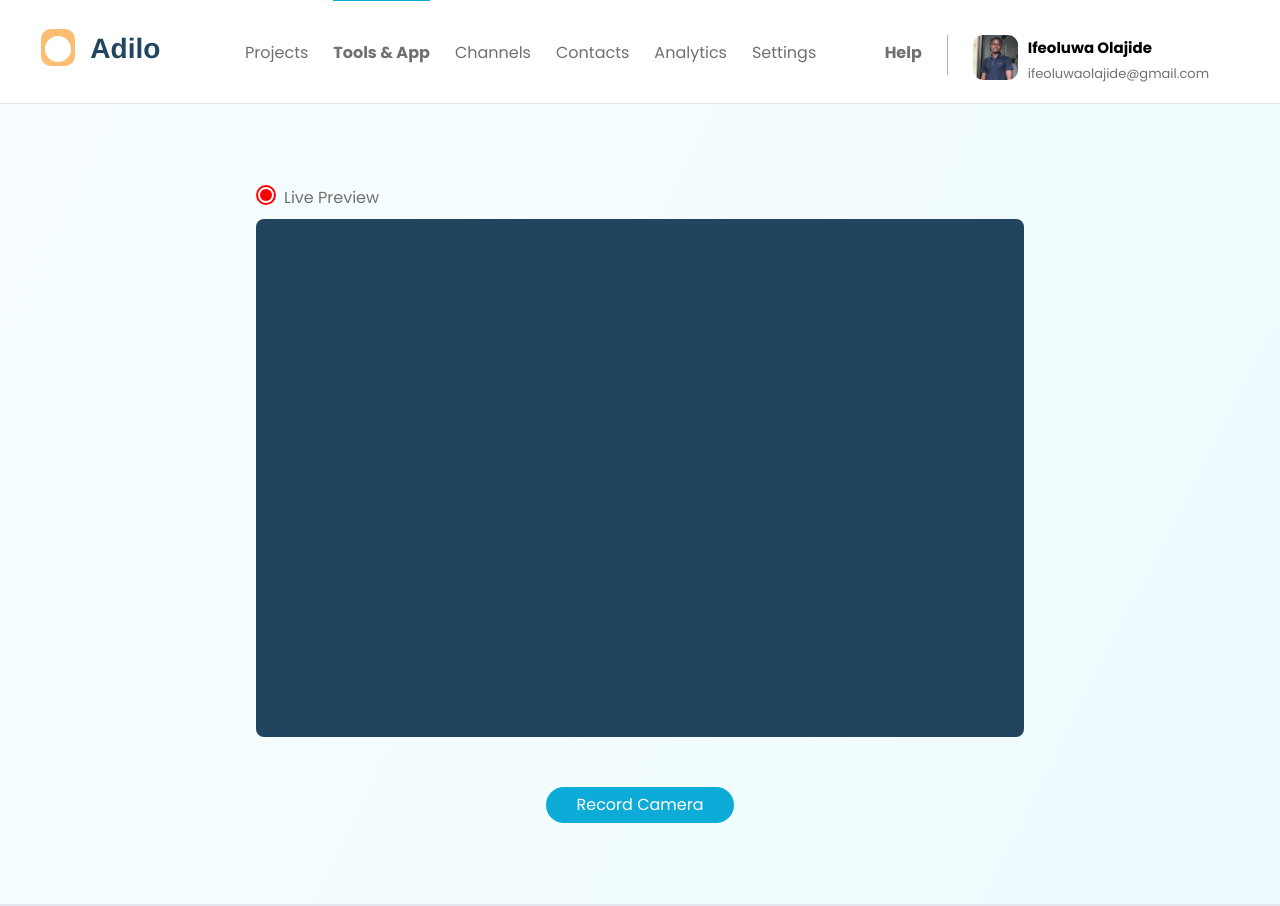
Repository: olhighjay/video_recorder
Page: /
An editor plug-in stored every save of this project. The page is shown before and after the next save, followed by the edit.
The browser window is 1280 px wide. The pictures show the whole page.
Some web libraries are served in a nearby version. The project was rebuilt for these pictures with package versions that can differ from the ones it lists, and the page was loaded fresh each time. Also part of the build but not shown: vue.config.js, src/components/DataTable.vue, src/components/EmptyRecorded.vue, src/components/DefLoader.vue.

Above is the page before, as saved 2022-07-29 20:32:07.

### public/index.html
<!DOCTYPE html>
<html lang="">
  <head>
    <meta charset="utf-8">
    <meta http-equiv="X-UA-Compatible" content="IE=edge">
    <meta name="viewport" content="width=device-width,initial-scale=1.0">
    <link rel="icon" href="<%= BASE_URL %>favicon.ico">
    <title><%= htmlWebpackPlugin.options.title %></title>
    <link rel="stylesheet" href="https://cdn.jsdelivr.net/npm/bootstrap@4.0.0/dist/css/bootstrap.min.css" integrity="sha384-Gn5384xqQ1aoWXA+058RXPxPg6fy4IWvTNh0E263XmFcJlSAwiGgFAW/dAiS6JXm" crossorigin="anonymous">
    <link rel="stylesheet" href="https://cdnjs.cloudflare.com/ajax/libs/font-awesome/6.1.2/css/all.min.css" integrity="sha512-1sCRPdkRXhBV2PBLUdRb4tMg1w2YPf37qatUFeS7zlBy7jJI8Lf4VHwWfZZfpXtYSLy85pkm9GaYVYMfw5BC1A==" crossorigin="anonymous" referrerpolicy="no-referrer" />
  </head>
  <body>
    <noscript>
      <strong>We're sorry but <%= htmlWebpackPlugin.options.title %> doesn't work properly without JavaScript enabled. Please enable it to continue.</strong>
    </noscript>
    <div id="app"></div>
    <!-- built files will be auto injected -->

    <script src="https://cdnjs.cloudflare.com/ajax/libs/font-awesome/6.1.2/js/all.min.js" integrity="sha512-8pHNiqTlsrRjVD4A/3va++W1sMbUHwWxxRPWNyVlql3T+Hgfd81Qc6FC5WMXDC+tSauxxzp1tgiAvSKFu1qIlA==" crossorigin="anonymous" referrerpolicy="no-referrer"></script>
    <script src="https://code.jquery.com/jquery-3.2.1.slim.min.js" integrity="sha384-KJ3o2DKtIkvYIK3UENzmM7KCkRr/rE9/Qpg6aAZGJwFDMVNA/GpGFF93hXpG5KkN" crossorigin="anonymous"></script>
    <script src="https://cdn.jsdelivr.net/npm/popper.js@1.12.9/dist/umd/popper.min.js" integrity="sha384-ApNbgh9B+Y1QKtv3Rn7W3mgPxhU9K/ScQsAP7hUibX39j7fakFPskvXusvfa0b4Q" crossorigin="anonymous"></script>
    <script src="https://cdn.jsdelivr.net/npm/bootstrap@4.0.0/dist/js/bootstrap.min.js" integrity="sha384-JZR6Spejh4U02d8jOt6vLEHfe/JQGiRRSQQxSfFWpi1MquVdAyjUar5+76PVCmYl" crossorigin="anonymous"></script>
  </body>
</html>

### src/App.vue
<template>
  <div>
    <navbar></navbar>
    <div id="main-flex">
      <div v-if="false" class="my-sidebar">
        <ul class="my-sidebar-items">
            <li class="sidebar-item-active"> <img src="./assets/video-player.png" alt=""> &nbsp; My Recordings</li>
            <li> <i class="fa fa-share-alt" style="color:#102346"></i> &nbsp; Requested</li>
        </ul>
      </div>
      <div v-if="false" class="my-main">
        <div class="my-main-container">
          <div><small class="breadcrumbs">Snapbyte <i class="fa fa-angle-right" style="font-weight:200"></i> My Recordings</small></div>
          <div class="subheading-tab">
            <div> <span class="my-recordings">My Recordings </span><span class="my-recordings-count">25</span> </div>
            <div>
              <button class="sub-heading-btn white-btn">
                <i class="fa fa-long-arrow-down" aria-hidden="true"></i>
                <i class="fa fa-long-arrow-up" aria-hidden="true"></i>
                By Date
              </button>
              <button class="sub-heading-btn white-btn">
                <i class="fa-solid fa-filter"></i>
                Add Filter
              </button>
              <button class="sub-heading-btn blue-btn">
                <i class="fa fa-video"></i>
                New Request
              </button>
              <button class="sub-heading-btn red-btn">
                <span class="rec">REC</span>
                Start Recording
              </button>
            </div>
          </div>

          <empty-recorded></empty-recorded>

          <data-table v-if="true"></data-table>
          <!-- Button trigger modal -->
<button type="button" class="btn btn-primary" data-toggle="modal" data-target="#recordOptions">
Launch demo modal
</button>

<!-- Modal -->
<div class="modal fade" id="recordOptions" tabindex="-1" role="dialog" aria-labelledby="recordOptions" aria-hidden="true">
<div class="modal-dialog modal-dialog-centered" role="document">
  <div class="modal-content">
    <div class="modal-header">
      <h5 class="my-modal-title">New Recording</h5>
      <button type="button" class="close" data-dismiss="modal" aria-label="Close">
        <span aria-hidden="true"><i class="fa fa-xmark"></i></span>
      </button>
    </div>
    <div class="modal-body">
      <p class="save-in">Save the recording in</p>
      <div>
        <select class="save-option">
          <Option value="" key="">Select a project</Option>
          <Option value="" key="">Project 1</Option>
          <Option value="" key="">Project 2</Option>
          <Option value="" key="">Project 3</Option>
          <Option value="" key="">Project 4</Option>
        </select>
      </div>
      <div style="margin-top: 35px;">
        <div class="record">
          <div class="record-name">Record screen</div>
          <div class="record-switch">
            <label class="switch">
              <input type="checkbox">
              <span class="slider round"></span>
            </label>
          </div>
        </div>
        <div class="record">
          <div class="record-name">Record camera</div>
          <div class="record-switch">
            <label class="switch">
              <input type="checkbox">
              <span class="slider round"></span>
            </label>
          </div>
        </div>
        <div class="record">
          <div class="record-name">Record mic</div>
          <div class="record-switch">
            <label class="switch">
              <input type="checkbox">
              <span class="slider round"></span>
            </label>
          </div>
        </div>
      </div>
    </div>
    <div class="text-center">
      <button type="button" class="start-recording-btn">Start Recording</button>
    </div>
  </div>
</div>
</div>
        </div>
      </div>
    </div>
    <div class="record-page">
      <div class="view-frame-wrapper">
        <div class="d-flex mb-2">
          <div class="live-icon-wrapper">
            <div class="live-icon" ></div>
          </div>
          <div class="ml-2">Live Preview</div>
        </div>
        <div class="view-frame">
          <div v-if="loading && !cameraMode" class="d-flex justify-content-center" style="padding-top:30%">
          <h3>Recording..</h3> &nbsp;&nbsp; <def-loader></def-loader>
          </div>
          <div v-if="myPermissionAccepted" style="height:100%">
          <!-- <div v-if="true" style="height:100%"> -->
            <video v-if="!recorded && cameraMode" muted id="my-video-feedback" class=" bg-black w-full h-auto"></video>
            <video v-show="recorded && readyToPlay" id="my-recorded-video" controls class="recorded-video bg-black w-full h-auto"></video>
          </div>
        </div>
        <div class="text-center start-recording-wrapper">
          <!-- <button @click="startScreenRecording" class="start-recording">Start recording</button> -->
          <button v-if="recordVideo && !currentStream" @click="startCamVideo()" class="start-recording">Record Camera</button>
          <button v-if="recordVideo && currentStream === 'camR'" @click="stopAndSaveRecordingCamVideo(mediaVideoRec)" class="start-recording">Stop recording</button>
          <a v-if="downloadable" :href="downloadLink" download="video.mp4" class="my-btn start-recording ml-2">Download</a>
          <!-- <button @click="stopAndSaveRecordingCamVideo(mediaVideoRec)" class="start-recording">Stop recording</button> -->
          <!-- <button @click="stopScreenRecording()" class="start-recording">Stop recording</button> -->
        </div>
      </div>
    </div>
  </div>
</template>

<script>
// import HelloWorld from './components/HelloWorld.vue'
import Navbar from './layouts/Navbar.vue'
import DataTable from '@/components/DataTable'
import EmptyRecorded from '@/components/EmptyRecorded'
import DefLoader from '@/components/DefLoader'

export default {
  name: 'App',
  components: {
    Navbar,
    DataTable,
    EmptyRecorded,
    DefLoader
  },
  data() {
    return {
      recorded: false,
      cameraMode: false,
      readyToPlay: false,
      loading: false,
      downloadable: false,
      myPermissionAccepted: false,
      myStream: null,
      mediaVideoRec: null,
      currentStream: null,
      downloadLink: '',

      stream: null,
      audio: null,
      mixedStream: null,
      chunks: [],
      recorder: null,
      recordedVideo: null,

      recordAudio: false,
      recordVideo: true,
      recordScreen: false,
    }
  },
  methods: {
    async startCamVideo() {
      this.downloadable = false;
      this.recorded = false;
      this.readyToPlay = false;
      this.currentStream = "camR";
      let vidRecordOptions = {
          // audio: false,
          // // audio: {
          // //     echoCancellation: true,
          // //     noiseSuppression: true,
          // // },
          video: {
              facingMode: "user",
          }
      };
      if(this.recordAudio) {
        vidRecordOptions.audio = {
          echoCancellation: true,
          noiseSuppression: true
        };
      }
      let mediaStreamObj = null;

      try{
        // Request access to use the mic and video
        mediaStreamObj = await navigator.mediaDevices.getUserMedia(vidRecordOptions)

          this.cameraMode = true;
        await this.updatePermit();
         //connect the media stream to the first video element
          let myVideo = document.getElementById('my-video-feedback');
          this.loading = false;
          // create a video url from the callback response object
          if ("srcObject" in myVideo) {
              myVideo.srcObject = mediaStreamObj;
          } else {
              //old version
              myVideo.src = this.downloadLink = window.URL.createObjectURL(mediaStreamObj);
          }
           //show in the video element what is being captured by device's camera
          myVideo.onloadedmetadata = function(ev) {
            ev;
              // automatically start playing what is being captured by device's camera
              myVideo.play();
          };
          await this.updateMyStream(mediaStreamObj);
          await this.recordCamVideo();
      }
      catch(err) {
        err;
      }
    },
    updatePermit(){
      this.myPermissionAccepted = true;
    },
    async updateMyStream(mStream) {
      this.myStream = await mStream;
    },
    recordCamVideo() {
          // Initiate video recording
          let mediaRecorder = new MediaRecorder(this.myStream);
          this.mediaVideoRec = mediaRecorder;
          mediaRecorder.start();
    },
    async stopAndSaveRecordingCamVideo(vidRecorder) {
      let vidSave = document.getElementById('my-recorded-video');
      let chunks = [];
      await vidRecorder.stop();
      vidRecorder.ondataavailable = await function(ev) {
        chunks.push(ev.data);
      };
      vidRecorder.onstop = (ev)=>{
          ev
          let blob = new Blob(chunks, { 'type' : 'video/mp4;' });
          chunks = [];
          let videoURL = this.downloadLink = window.URL.createObjectURL(blob);
          vidSave.src = videoURL;
      }
      this.cameraMode = false;
      this.recorded = true;
      this.readyToPlay = true;
      this.currentStream = null;
      this.downloadable = true;
    },
    async startScreenRecording() {
      this.downloadable = false;
      this.recordedVideo = document.getElementById('my-recorded-video');
      console.log(this.recordedVideo);
      await this.setupStream();
      let mixedStream;
      if(this.stream) {
        if (this.stream && this.audio) {
          mixedStream = new MediaStream([...this.stream.getTracks(), ...this.audio.getTracks()]);
        } else {
          mixedStream = new MediaStream(this.stream.getTracks());
        }
        this.recorder = await new MediaRecorder(mixedStream);
        this.recorder.ondataavailable = this.handleDataAvailable;
        this.recorder.onstop = this.handleStop;
        await this.recorder.start(1000);
      } else {
        console.warn('No stream available.');
      }
    },
    async setupStream () {
      try {
        this.stream = await navigator.mediaDevices.getDisplayMedia({
          video: { mediaSource: "screen" },
        });

        if(this.stream) {
          await this.updatePermit();
        }

        this.audio = await navigator.mediaDevices.getUserMedia({
          audio: {
            echoCancellation: true,
            noiseSuppression: true,
            sampleRate: 44100,
          },
        });

      } catch (err) {
        console.error(err)
      }
    },
    async handleDataAvailable (e) {
      await this.chunks.push(e.data);
    },
    async handleStop (e) {
      e;
      const blob = new Blob(this.chunks, { 'type' : 'video/mp4' });
      this.chunks = [];

      // downloadButton.href = URL.createObjectURL(blob);
      // downloadButton.download = 'video.mp4';
      // downloadButton.disabled = false;

      this.recordedVideo.src = this.downloadLink = URL.createObjectURL(blob);
      this.recordedVideo.load();
      this.recordedVideo.onloadeddata = function() {
        // const rc = document.querySelector(".recorded-video-wrap");
        // rc.classList.remove("hidden");
        // rc.scrollIntoView({ behavior: "smooth", block: "start" });

        this.recordedVideo.play();
      }

      this.stream.getTracks().forEach((track) => track.stop());
      this.audio.getTracks().forEach((track) => track.stop());

      console.log('Recording stopped');
    },
    async stopScreenRecording () {
      await this.recorder.stop();
      this.recorded = true;
      this.downloadable = true;
    }

  },
  async created() {
    // window.removeEventListener('onload',this.recordVideo)
    this.recordedVideo = await document.getElementById('my-recorded-video');
    // await this.startScreenRecording();
    // this.startCamVideo();
  }
}
</script>


<style>
 @import url('https://fonts.googleapis.com/css2?family=Poppins:wght@400;500;700&display=swap');

#main-flex {
  display: flex;
  width: 100%;
}

.record-page {
  background: transparent linear-gradient(117deg, #0dacd85d 0%, #eafaff5d 0%, #d3f5fe65 100%) 0% 0% no-repeat padding-box;
  width: 100%;
  padding: 81px 20%;
}
.view-frame-wrapper {
  margin: 0 auto;
  max-width: 965px;
}
.view-frame {
  height: 518px;
  background: #21455E 0% 0% no-repeat padding-box;
  border-radius: 8px;
}
.live-icon-wrapper {
  border: 2px solid red;
  border-radius: 50%;
  height:20px;
  width:20px;
}
.live-icon {
  background-color:red;
  border-radius: 50%;
  height:12px;
  width:12px;
  margin: 10% auto;
}
.start-recording-wrapper {
  margin-top: 50px;
}
.start-recording {
  padding: 5px 30px;
  background: #0DABD8 0% 0% no-repeat padding-box;
  border-radius: 32px;
  border: none;
  color: #fff;
}



.my-sidebar {
  flex: 0 0 240px;
  /* width: 20%; */
  /* height: 100%; */
  background-color: #ebf2f656;
  border-right: 2px solid #21455e54;
  /* border-right: 2px solid #21455E; */
  /* width:250px; */
}
.my-sidebar-items {
  list-style: none;
  padding: 20px 0;
}
.my-sidebar-items>li {
  margin : 10px 12px 10px 18px;
  padding: 7px 20px ;
}
.sidebar-item-active {
  background-color: #E2E5ED;
  border: 2px solid #0DABD838;
  border-radius: 10px;
}





.my-main {
  flex: 1;
  flex-wrap: wrap;
}
.my-main-container {
  padding: 1.5% 8.5%;
}
.subheading-tab {
  display: flex;
  justify-content: space-between;
}
.sub-heading-btn {
  padding: 3px 15px;
  border-radius: 20px;
  margin-left: 15px;
  font-size: 14px;
}
.white-btn {
  border: 1px solid #E2E5ED;
  background-color: white;
  color: #637C8E;
}
.blue-btn {
  border: none;
  background-color: #0DABD8;
  color: #fff;
}
.red-btn {
  border: none;
  background-color: #EF5350;
  color: #fff;
}
.my-recordings, .my-recordings-count {
  font-size: 24px;
  color: #000
}
.my-recordings {
  color: #000
}
.my-recordings-count {
  color: #637C8E;
  font-weight: 600;
}
.breadcrumbs {
  color:#637C8E;
}
.rec {
  color:#000;
  background-color:#fff;
  border-radius:50%;
  padding:3px 1px;
  font-size:10px;
}



.save-option {
  width:100%;
  background: #F8FAFB 0% 0% no-repeat padding-box;
  border: 1px solid #E2E5ED;
  border-radius: 8px;
  padding:8px 20px;
}
.modal-dialog {
  max-width: 400px !important;
}
.modal-content {
  padding-bottom: 30px !important;
}
.modal-body {
  padding:30px !important;
}
.my-modal-title {
  color:#000;
  font-size: 22px;
  padding-left: 14px;
}
.record {
  margin-top: 15px;
  display: flex;
  justify-content: space-between;
}
.record-name {
  color: #21455E;
  font-size: 18px;
}
.save-in {
  color:black;
  font-size:16px;
}
.start-recording-btn {
  background: #0DABD8 0% 0% no-repeat padding-box;
  border-radius: 28px;
  font-size:18px;
  padding:5px 55px;
  border: none;
  color:#fff;
}


.switch {
  position: relative;
  top: 10px;
  display: inline-block;
  width: 50px;
  height: 13px;
}

.switch input {
  opacity: 0;
  width: 0;
  height: 0;
}

.slider {
  position: absolute;
  cursor: pointer;
  top: -10px;
  left: 0;
  right: 0;
  bottom: 0;
  background-color: #ccc;
  -webkit-transition: .4s;
  transition: .4s;
}

.slider:before {
  position: absolute;
  content: "";
  height: 15px;
  width: 15px;
  left: 4px;
  bottom: 4px;
  background-color: white;
  -webkit-transition: .4s;
  transition: .4s;
}

input:checked + .slider {
  background-color: #1bd85a;
}

input:focus + .slider {
  box-shadow: 0 0 1px #1bd85a;
}

input:checked + .slider:before {
  -webkit-transform: translateX(26px);
  -ms-transform: translateX(26px);
  transform: translateX(26px);
}

/* Rounded sliders */
.slider.round {
  border-radius: 34px;
}

.slider.round:before {
  border-radius: 50%;
}


button:hover, .my-btn:hover {
  cursor: pointer;
}
.my-btn {
  text-decoration: none !important;
}
#app {
  font-family: Avenir, Helvetica, Arial, sans-serif;
  font: normal normal normal 14px/26px Poppins;
  -webkit-font-smoothing: antialiased;
  -moz-osx-font-smoothing: grayscale;
   /* text-align: center; */
   font-size: 16px;
  color: #707070;
  border-bottom: solid 2px #E2E5ED;
  overflow: hidden;
  /* margin-top: 60px;  */
}

#my-video-feedback::-webkit-media-controls-volume-slider {
        display: none;
}
#my-video-feedback::-webkit-media-controls-mute-button {
        display: none;
}
#my-video-feedback, #my-recorded-video {
  width:100%;
  height:100%;
}


</style>

### src/layouts/Navbar.vue
<template>
    <nav class="">
      <div class="nav-logo-area">
        <div class="nav-logo-area-inner">
          <div class="white-logo-wrap">
            <span class="white-logo-bkg">
            <img alt="Adilo logo" src="../assets/swarm.png">
            </span>
          </div>
          <div class="adilo">Adilo</div>
        </div>
      </div>
      <div class="nav-tab">
        <ul class="my-nav-list">
          <li><a>Projects</a></li>
          <li class="active-nav-item"> <a>Tools & App</a></li>
          <li><a>Channels</a></li>
          <li><a>Contacts</a></li>
          <li><a>Analytics</a></li>
          <li><a>Settings</a></li>
        </ul>
      </div>
      <div class="nav-profile">
        <ul class="my-nav-list">
          <li><a><b>Help</b></a></li>
        </ul>
        <div class="profile-info">
          <div class="profile-border"></div>
          <div >
            <img alt="Profile Image" src="../assets/profile.jpg" class="profile-img">
          </div>
          <div style="margin-left:10px">
            <span class="profile-name">Ifeoluwa Olajide </span>
            <p class="profile-email">ifeoluwaolajide@gmail.com</p>
          </div>
        </div>
      </div>
    </nav>
</template>
<script>
export default {
    name: 'NavbarComponent'
}
</script>
<style>
     nav {
    display: flex;
    /* height: 69px; */
    padding: 0 0.032%;
    border-bottom: solid 1px #E2E5ED;
  }

  .nav-logo-area {
    flex: 0 0 16%;
    padding-left: 3.2%;
    padding-top: 19px;
    padding-bottom: 27px;
  }
  .nav-logo-area-inner {
    display: flex;
  }
  .nav-tab {
    flex: 0 0 50%;
  }
  .nav-profile {
    flex: 0 0 34%;
    display: flex;
  }
  .my-nav-list {
    list-style: none;
    padding-top: 40px;
  }
  .my-nav-list>li {
    display: inline;
    margin-right: 25px;
    padding-top: 40px;
  }
  .my-nav-list>li>a {
    text-align: left;
    /* font: normal normal normal 18px/27px Poppins; */
    letter-spacing: 0px;
    color: #707070;
    opacity: 1
  }
  .white-logo-wrap {
    padding-top:16px;
  }
  .white-logo-bkg {
    background-color:#FBBD71;
    padding:7px 4px;
    border-radius:10px;
  }
  .adilo {
    font: normal normal bold 28px/32px Helvetica;
    font-size:28px;
    margin-left:15px;
    font-weight:bold;
    color:#21455E;
    padding-top:14px;
  }
  .profile-info {
    padding-top:35px;
    display:flex;
  }
  .active-nav-item {
    border-top: 6px solid #0DABD8;
    font-weight: 600;
  }
  .profile-border {
    border-left: 1px solid #A3BAC6;
    padding-left:25px;
    height:40px;
  }
  .profile-img {
    width:45px; height: 45px;
    border-radius:10px;
  }
  .profile-name {
    font-weight:bold;
    font-size:15px;
    color:black;
  }
  .profile-email {
    font-size:13px;
  }
</style>

Loaded but not shown: src/main.js (common file)

After the next save:
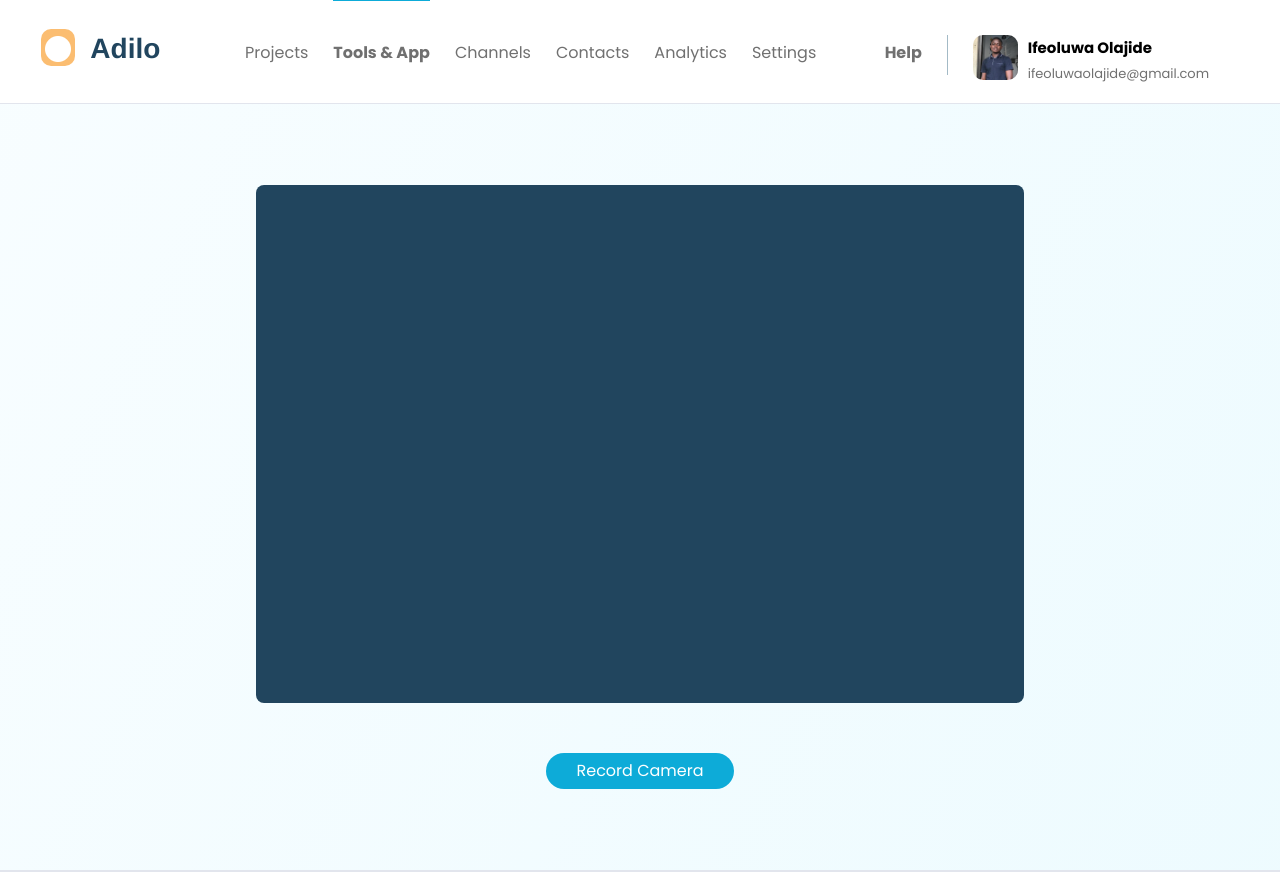
Saved 103 s later.
--- a/src/App.vue
+++ b/src/App.vue
@@ -104,7 +104,7 @@ Launch demo modal
     </div>
     <div class="record-page">
       <div class="view-frame-wrapper">
-        <div class="d-flex mb-2">
+        <div v-if="recordVideo && currentStream === 'camR'" class="d-flex mb-2">
           <div class="live-icon-wrapper">
             <div class="live-icon" ></div>
           </div>
